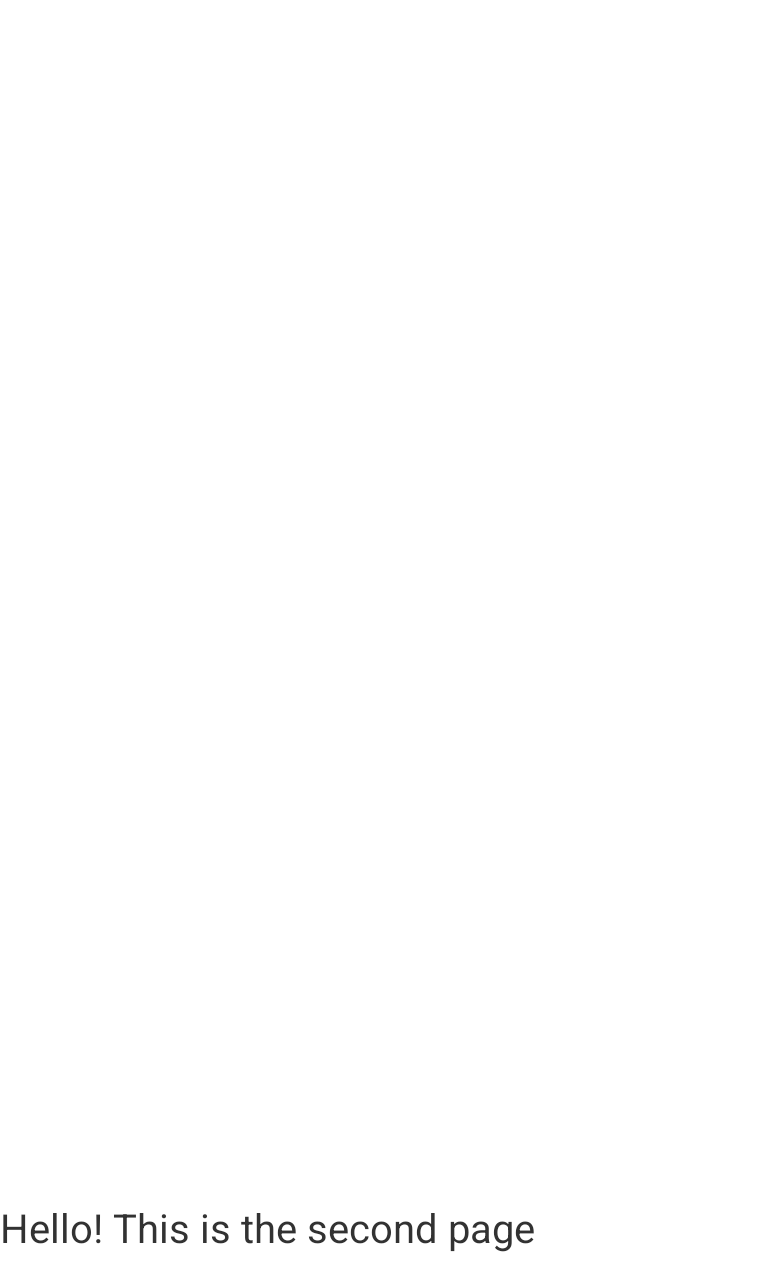
Repository: andreeacarmen/AndroidApp
Layout: MyApp/res/layout/new_activity.xml
The author's editor kept a copy of each file at every save. The layout is drawn from the files as they stood at one save, then again after the next save.
It is drawn on a 768 x 1280 px phone screen (xhdpi) without system bars, with theme AppTheme; the app's code is not run.

Above is the layout before, as saved 2014-07-02 08:55:26.

### MyApp/res/layout/new_activity.xml
<?xml version="1.0" encoding="utf-8"?>
<LinearLayout xmlns:android="http://schemas.android.com/apk/res/android"
    android:layout_width="wrap_content"
    android:layout_height="wrap_content"
    android:orientation="vertical" >

   	<TextView
   	    android:text="Hello! This is the second page"
   	    android:textSize="20sp"
   	    android:layout_marginTop="600dp"
   	    android:layout_width="wrap_content"
   	    android:layout_height="wrap_content"
   	    />

</LinearLayout>

Loaded but not shown: MyApp/res/values/styles.xml (common file); MyApp/res/values-v11/styles.xml (common file); MyApp/res/values-v14/styles.xml (common file)

After the next save:
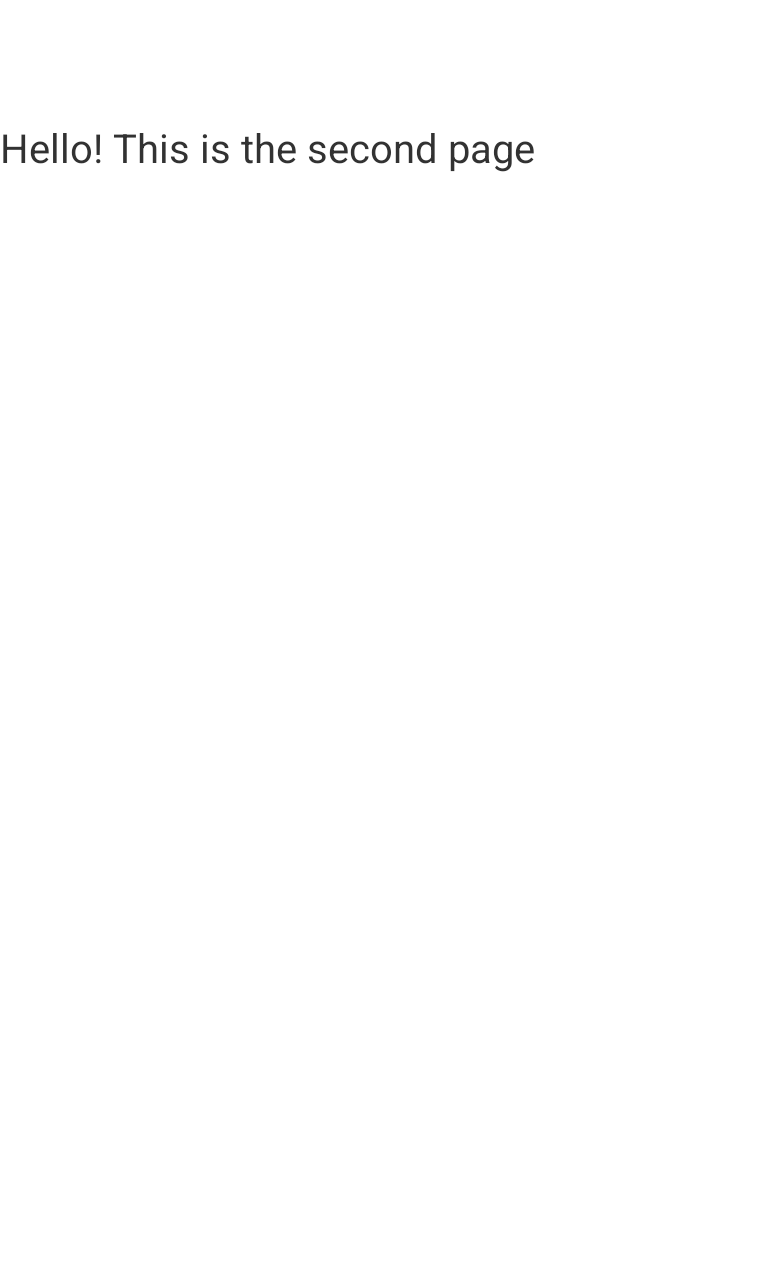
Saved 11 s later.
--- a/MyApp/res/layout/new_activity.xml
+++ b/MyApp/res/layout/new_activity.xml
@@ -7,7 +7,7 @@
    	<TextView
    	    android:text="Hello! This is the second page"
    	    android:textSize="20sp"
-   	    android:layout_marginTop="600dp"
+   	    android:layout_marginTop="60dp"
    	    android:layout_width="wrap_content"
    	    android:layout_height="wrap_content"
    	    />
